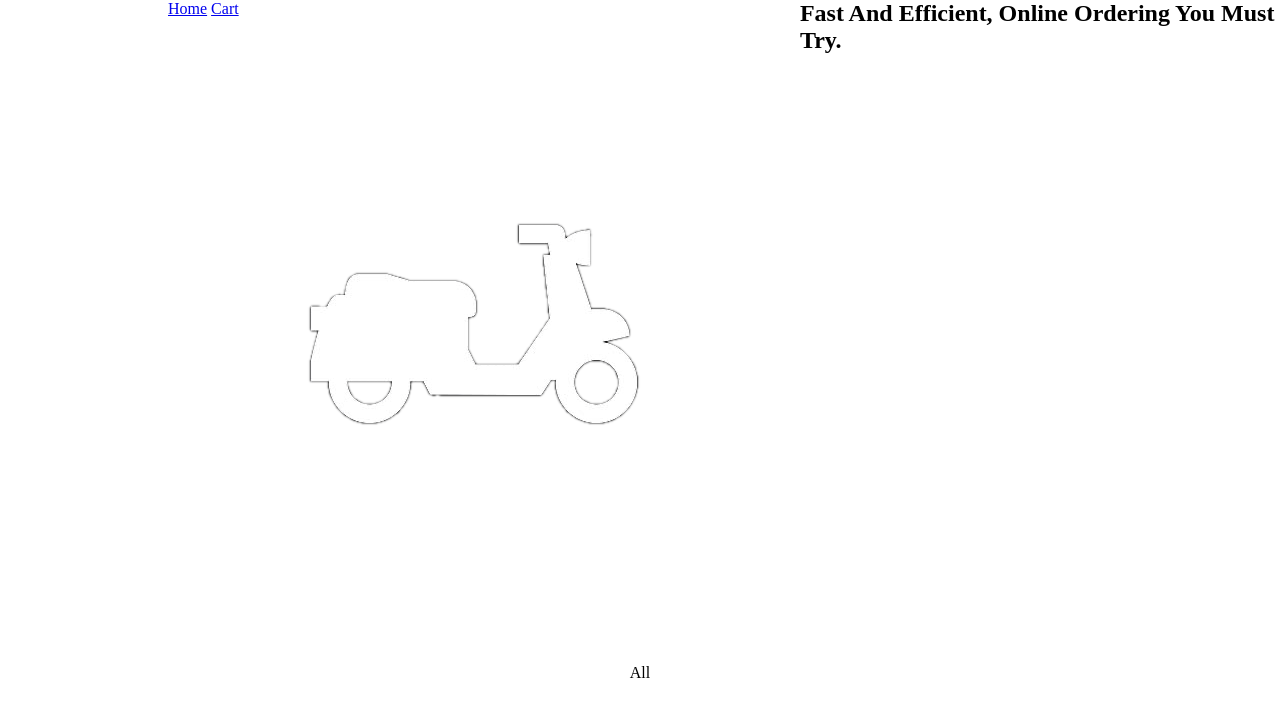
Repository: anastasia29-step/Online-Restaurant
Page: index.html
The author's editor kept a copy of each file at every save. The page is drawn from the files as they stood at one save, then again after the next save.
The browser window is 1280 px wide. The pictures show the whole page.

Above is the page before, as saved 2026-03-09 14:56:15.
Not found: app.js/

After the next save:
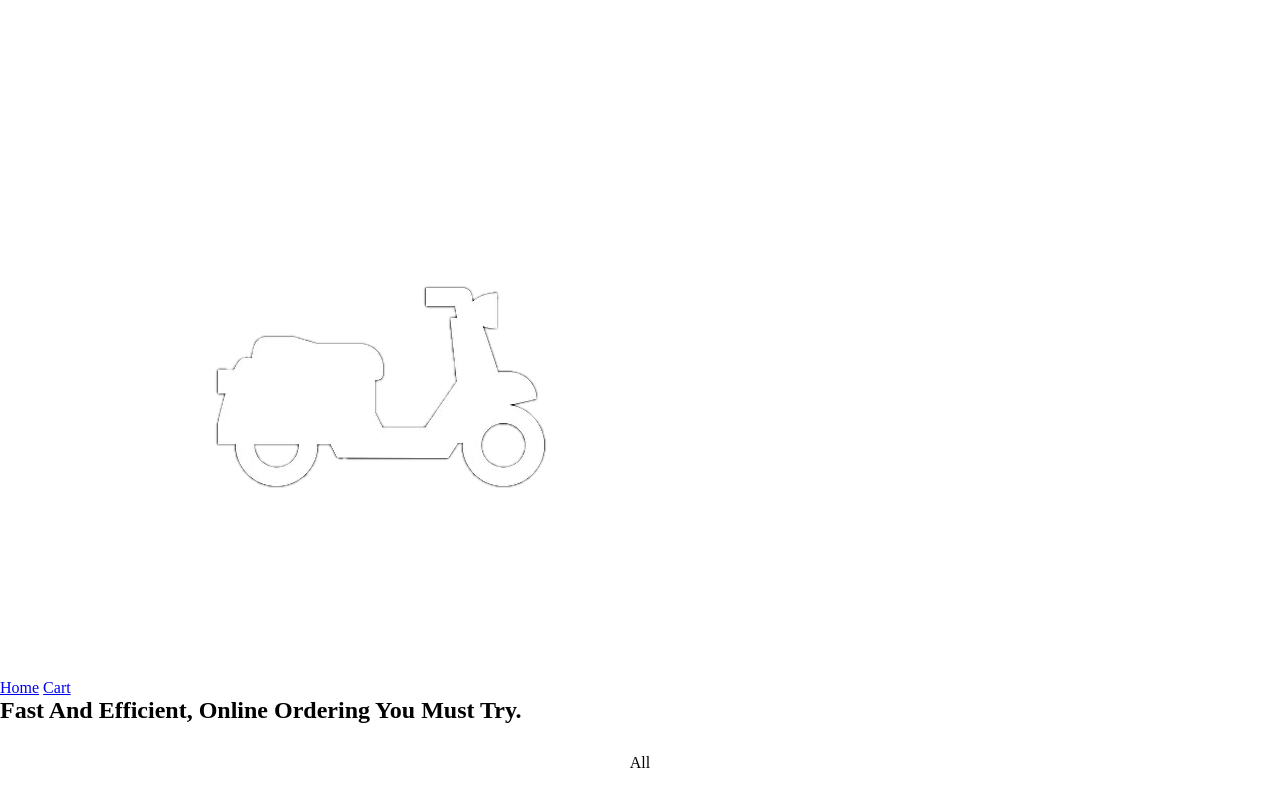
Saved 48 s later.
--- a/style.css
+++ b/style.css
@@ -13,6 +13,4 @@ ul {
     margin: 30px;
 }
 
-.FirstLine {
-    display: flex;
-}
+.left,. .right {}
